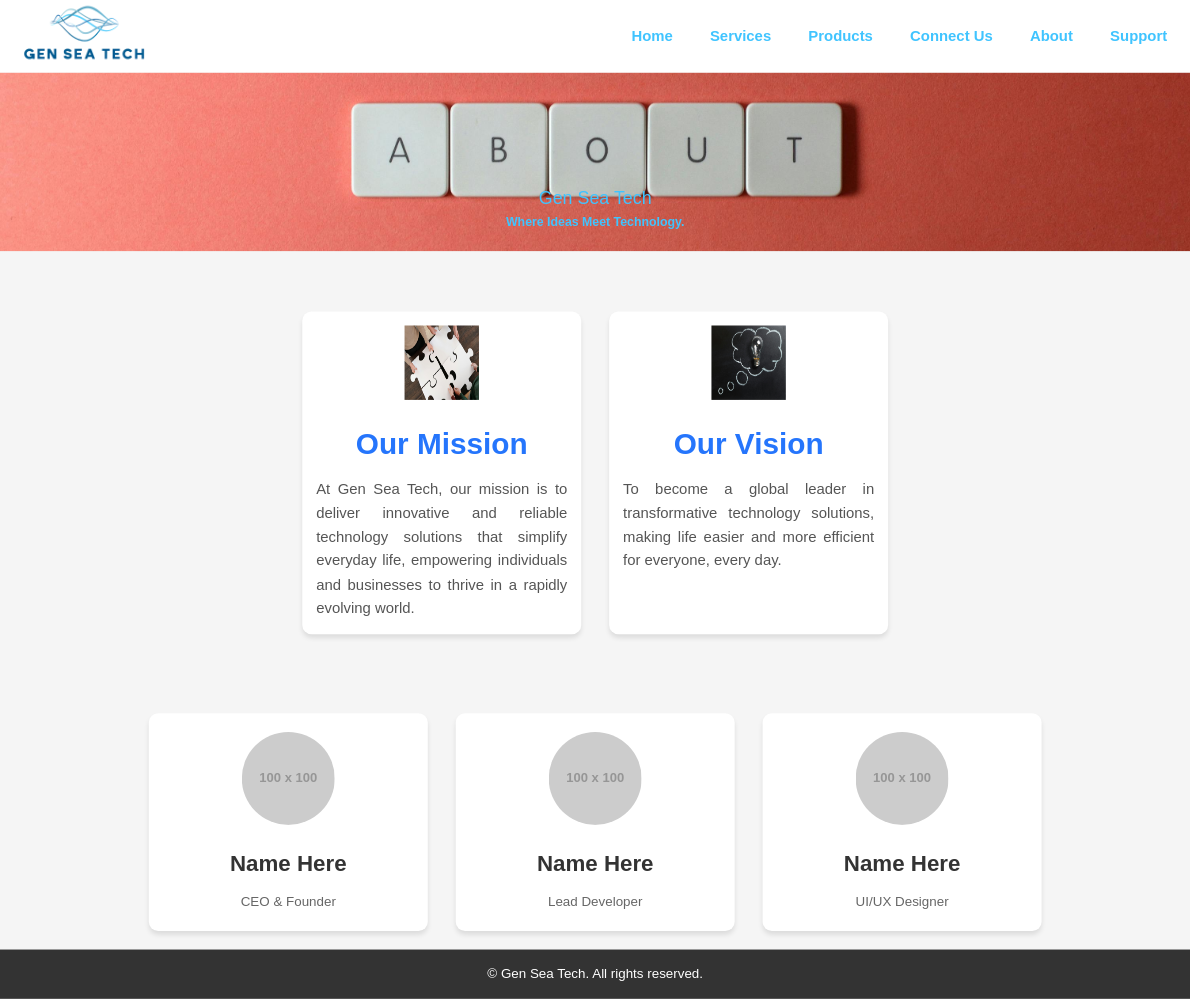
Repository: aniketkhatawkar/Gen_Sea_Tech
Page: http://localhost/GenSeaTech/about.jsp
The author's editor kept a copy of each file at every save. The page is drawn from the files as they stood at one save, then again after the next save.
The browser window is 1280 px wide. The pictures show the whole page, at 93% of full size.
The page is served by Tomcat 10. Other server files are loaded and not shown.

Above is the page before, as saved 2024-12-14 12:07:34.

### GenSeaTech/src/main/webapp/about.jsp
<!DOCTYPE html>
<html lang="en">
<head>
<meta charset="UTF-8">
<meta name="viewport" content="width=device-width, initial-scale=1.0">
<title>About</title>
<link rel="icon" href="assets/logo.png" type="image/png" >
<style>
    * {
        margin: 0;
        padding: 0;
        box-sizing: border-box;
        font-family: 'Arial', sans-serif;
    }

    body {
        background-color: #f5f5f5;
        color: #333;
        overflow-x: hidden;
    }

    header {
	    background:  url("assets/about.jpg") no-repeat center center;
	    background-size: cover;
	    object-fit: cover;
		color: #40c4ff;
		heigth:400px;
	    padding: 20px 10px;
	    text-align: center;
	}

    header h1 {
        font-size: 3rem;
        margin-bottom: 5px;
    }

    header p {
        font-size: 1.2rem;
        margin-top:100px;
    }

    .mission-vision-section {
        display: flex;
        flex-wrap: wrap;
        justify-content: center;
        gap: 30px;
        margin: 15px;
        padding: 50px;
    }

    .mission-vision-card {
        background: white;
        border-radius: 10px;
        box-shadow: 0 4px 6px rgba(0, 0, 0, 0.1);
        padding: 15px;
        text-align: center;
        width: 300px;
        transition: transform 0.3s ease, box-shadow 0.3s ease;
    }

    .mission-vision-card img {
        width: 80px;
        height: 80px;
        margin-bottom: 15px;
    }

    .mission-vision-card h2 {
        font-size: 2rem;
        color: #2575fc;
        margin-bottom: 10px;
    }

    .mission-vision-card p {
        font-size: 1rem;
        line-height: 1.6;
        color: #555;
        text-align: justify;
    }

    .about-section {
        display: flex;
        flex-wrap: wrap;
        justify-content: center;
        padding: 20px 10px;
        gap: 30px;
    }

    .about-card {
        background: white;
        border-radius: 10px;
        box-shadow: 0 4px 6px rgba(0, 0, 0, 0.1);
        padding: 20px;
        text-align: center;
        width: 300px;
        transition: transform 0.3s ease, box-shadow 0.3s ease;
    }

    .about-card:hover {
        transform: translateY(-10px);
        box-shadow: 0 8px 12px rgba(0, 0, 0, 0.2);
    }

    .about-card img {
        width: 100px;
        height: 100px;
        border-radius: 50%;
        margin-bottom: 15px;
    }

    .about-card h3 {
        margin-bottom: 10px;
        font-size: 1.5rem;
    }

    .about-card p {
        font-size: 0.9rem;
        color: #666;
    }

    @media (max-width: 768px) {
        header h1 {
            font-size: 2.5rem;
        }

        .mission-vision-card {
            width: 100%;
            max-width: 400px;
        }

        .about-card {
            width: 100%;
            max-width: 300px;
        }
    }
</style>
</head>
<body>
	<!-- NavBar -->
	<%@ include file="navbar.jsp" %>

    <header>
        <p>Gen Sea Tech</p>
        <h5>Where Ideas Meet Technology.</h5>
    </header>

    <section class="mission-vision-section">
        <div class="mission-vision-card">
            <img src="assets/mission.jpg" alt="Mission Icon">
            <h2>Our Mission</h2>
            <p>At Gen Sea Tech, our mission is to deliver innovative and reliable technology solutions that simplify everyday life, empowering individuals and businesses to thrive in a rapidly evolving world.</p>
        </div>

        <div class="mission-vision-card">
            <img src="assets/vision.jpg" alt="Vision Icon">
            <h2>Our Vision</h2>
            <p>To become a global leader in transformative technology solutions, making life easier and more efficient for everyone, every day.</p>
        </div>
    </section>

    <section class="about-section" id="team">
        <div class="about-card">
            <img src="https://via.placeholder.com/100" alt="Team Member">
            <h3>Name Here</h3>
            <p>CEO & Founder</p>
        </div>

        <div class="about-card">
            <img src="https://via.placeholder.com/100" alt="Team Member">
            <h3>Name Here</h3>
            <p>Lead Developer</p>
        </div>

        <div class="about-card">
            <img src="https://via.placeholder.com/100" alt="Team Member">
            <h3>Name Here</h3>
            <p>UI/UX Designer</p>
        </div>
    </section>

	<!-- Footer -->
    <%@ include file="footer.jsp" %>
</body>
</html>

### GenSeaTech/src/main/webapp/navbar.jsp
<%@ page language="java" contentType="text/html; charset=UTF-8"
    pageEncoding="UTF-8"%>
<!DOCTYPE html>
<html>
<head>
<meta charset="UTF-8">
<title>Gen Sea Tech</title>
<link rel="icon" href="assets/logo.png" type="image/png" >
<style>
* {
	margin: 0;
	padding: 0;
	box-sizing: border-box;
	font-family: Arial, sans-serif;
}

body {
	line-height: 1.6;
}
.navbar {
	background-color: #ffffff;
	color: #fff;
	padding: 5px 5px;
	display: flex;
	justify-content: space-between;
	align-items: center;
	position: relative;
}

.navbar a {
	color: #40c4ff;
	text-decoration: none;
	margin: 0 20px;
	font-weight: bold;
}

.navbar a:hover {
	color: #757575;
}

.links {
	display: flex;
}
@media (max-width: 768px) {
	.links {
		display: none;
		flex-direction: column;
		background-color: #333;
		position: absolute;
		top: 50px;
		right: 10px;
		width: 200px;
		border-radius: 5px;
		box-shadow: 0px 4px 6px rgba(0, 0, 0, 0.1);
	}

	.links a {
		margin: 10px 0;
		text-align: center;
	}

	.hamburger {
		display: flex;
	}

	.links.active {
		display: flex;
	}
}
</style>
</head>
<body>
	<div class="navbar">
		<div class="logo">
        <a href="home.jsp"><img src="assets/namelogo.png" alt="Gen Sea Tech Logo" style="height: 60px; margin-right: 10px;"></a>
    	</div>
		<div class="links">
			<a href="home.jsp">Home</a>
			<a href="services.jsp">Services</a>
			<a href="products.jsp">Products</a>
			<a href="connectus.jsp">Connect Us</a>
			<a href="about.jsp">About</a>
			<a href="#support.jsp">Support</a>
		</div>
	</div>
</body>
</html>

### GenSeaTech/src/main/webapp/footer.jsp
<%@ page language="java" contentType="text/html; charset=UTF-8"
    pageEncoding="UTF-8"%>
<!DOCTYPE html>
<html>

<head>

<style>
	footer {
        background-color: #333;
        color: white;
        text-align: center;
        padding: 15px;
        margin-top: 0px;
    }

    footer p {
        font-size: 0.9rem;
    }
</style>

	<meta charset="UTF-8">
	<title>Footer</title>
</head>

<body>
	<footer>
        <p>&copy; Gen Sea Tech. All rights reserved.</p>
    </footer>
</body>

</html>

After the next save:
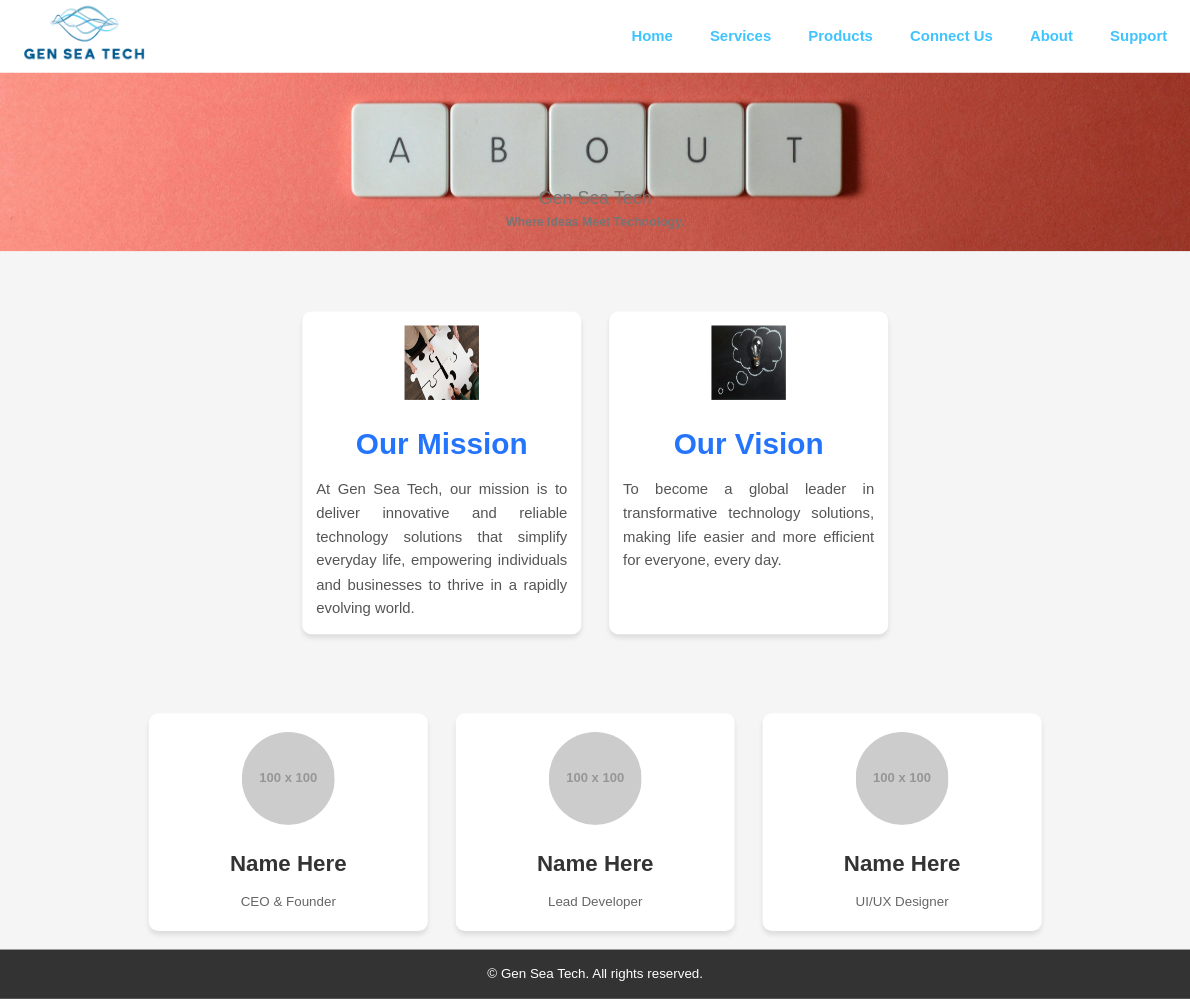
Saved 40 s later.
--- a/GenSeaTech/src/main/webapp/about.jsp
+++ b/GenSeaTech/src/main/webapp/about.jsp
@@ -23,8 +23,7 @@
 	    background:  url("assets/about.jpg") no-repeat center center;
 	    background-size: cover;
 	    object-fit: cover;
-		color: #40c4ff;
-		heigth:400px;
+		color: #757575;
 	    padding: 20px 10px;
 	    text-align: center;
 	}
